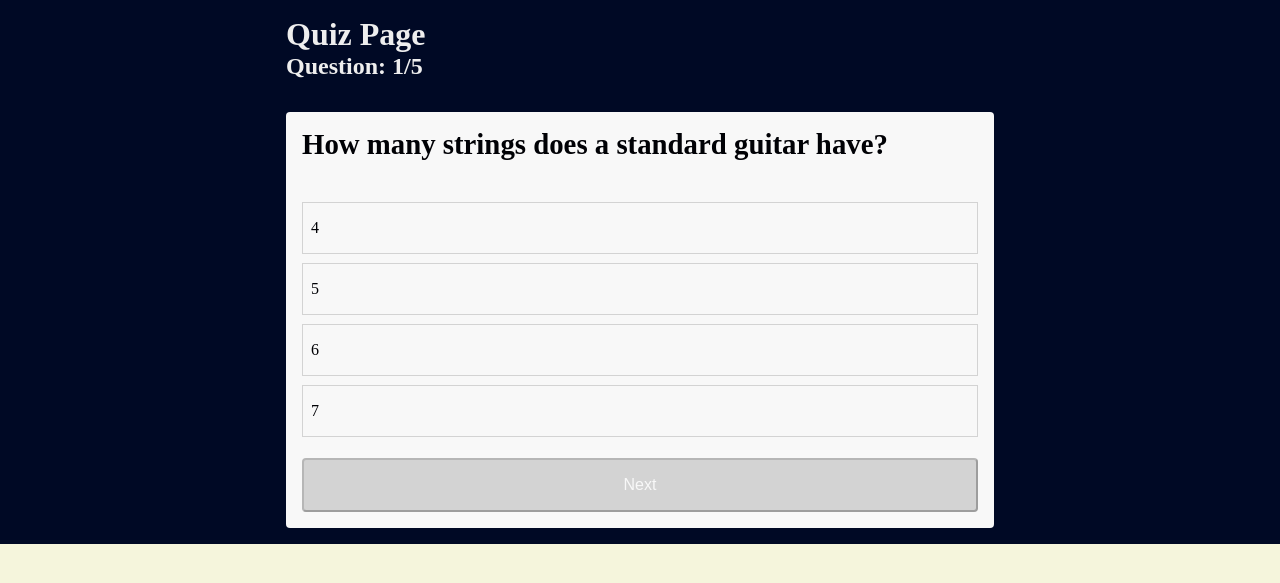
Repository: 1medi/pocketprof
Page: /quiz/page
An editor plug-in stored every save of this project. The page is shown before and after the next save, followed by the edit.
The browser window is 1280 px wide. The pictures show the whole page.
The project was rebuilt for these pictures with package versions that can differ from the ones it lists, and the page was loaded fresh each time. The framework's server and built-in components were replaced by stand-ins that run in the browser. Also part of the build but not shown: next.config.mjs.

Above is the page before, as saved 2024-04-06 19:55:29.

### pages/quiz/page.jsx
'use client';
import React, { useState } from 'react';
import { quiz } from "../data"

export default function page() {
  const [activeQuestion, setActiveQuestion] = useState(0);
  const [selectedAnswer, setSelectedAnswer] = useState('');
  const [checked, setChecked] = useState(false);
  const [selectedAnswerIndex, setSelectedAnswerIndex] = useState(null);
  const [showResult, setShowResult] = useState(false);
  const [result, setResult] = useState({
    score: 0,
    correctAnswers: 0,
    wrongAnswers: 0,
  });

  const { questions } = quiz;
  const { question, answers, correctAnswer } = questions[activeQuestion];

  //   Select and check answer
  const onAnswerSelected = (answer, idx) => {
    setChecked(true);
    setSelectedAnswerIndex(idx);
    if (answer === correctAnswer) {
      setSelectedAnswer(true);
      console.log('true');
    } else {
      setSelectedAnswer(false);
      console.log('false');
    }
  };

  // Calculate score and increment to next question
  const nextQuestion = () => {
    setSelectedAnswerIndex(null);
    setResult((prev) =>
      selectedAnswer
        ? {
            ...prev,
            score: prev.score + 5,
            correctAnswers: prev.correctAnswers + 1,
          }
        : {
            ...prev,
            wrongAnswers: prev.wrongAnswers + 1,
          }
    );
    if (activeQuestion !== questions.length - 1) {
      setActiveQuestion((prev) => prev + 1);
    } else {
      setActiveQuestion(0);
      setShowResult(true);
    }
    setChecked(false);
  };

  return (
    <div className='container'>
      <h1>Quiz Page</h1>
      <div>
        <h2>
          Question: {activeQuestion + 1}
          <span>/{questions.length}</span>
        </h2>
      </div>
      <div>
        {!showResult ? (
          <div className='quiz-container'>
            <h3>{questions[activeQuestion].question}</h3>
            {answers.map((answer, idx) => (
              <li
                key={idx}
                onClick={() => onAnswerSelected(answer, idx)}
                className={
                  selectedAnswerIndex === idx ? 'li-selected' : 'li-hover'
                }
              >
                <span>{answer}</span>
              </li>
            ))}
            {checked ? (
              <button onClick={nextQuestion} className='btn'>
                {activeQuestion === question.length - 1 ? 'Finish' : 'Next'}
              </button>
            ) : (
              <button onClick={nextQuestion} disabled className='btn-disabled'>
                {' '}
                {activeQuestion === question.length - 1 ? 'Finish' : 'Next'}
              </button>
            )}
          </div>
        ) : (
          <div className='quiz-container'>
            <h3>Results</h3>
            <h3>Overall {(result.score / 25) * 100}%</h3>
            <p>
              Total Questions: <span>{questions.length}</span>
            </p>
            <p>
              Total Score: <span>{result.score}</span>
            </p>
            <p>
              Correct Answers: <span>{result.correctAnswers}</span>
            </p>
            <p>
              Wrong Answers: <span>{result.wrongAnswers}</span>
            </p>
            <button onClick={() => window.location.reload()}>Restart</button>
          </div>
        )}
      </div>
    </div>
  );
};

### styles/globals.css
:root {
background-color: beige;
align-content: center;
}


* {
    box-sizing: border-box;
    padding: 0;
    margin: 0;
  }

  * {
    box-sizing: border-box;
    padding: 0;
    margin: 0;
  }

  html, body {
    overflow-x: hidden;
    background-color: #000925;
  }

  main {
    padding: 1rem;
  }

  h1, h2 {
    color: #eee;
  }

  h3 {
    padding-bottom: 2rem;
    color: #000105;
    font-size: 1.8rem;
  }

  button {
    padding: 16px 8px;
    width: 100%;
    margin-top: 12px;
    font-size: 1rem;
    border-radius: 4px;
    cursor: pointer;
    background-color: #808080;
    color: #f8f8f8;
  }

  .btn-disabled {
    background-color: lightgray;
  }

  li {
    list-style-type: none;
    cursor: pointer;
    margin: 9px 0;
    padding: 16px 8px;
    color: #000105;
    border: 1px solid lightgray;
  }

  .li-hover:hover {
    background-color: #d8d8d8;
    columns: #fff;
  }

  .li-selected {
    color: #fff;
    background-color: #000925;
  }

  .container {
    max-width: 740px;
    width: 100%;
    margin: auto;
    padding: 1rem;
  }

  .quiz-container {
    background-color: #f8f8f8;
    padding: 1rem;
    margin-top: 2rem;
    border-radius: 4px;
  }

  .container p {
    padding: 8px 0;
  }

### pages/data.js
export const quiz = {
    totalQuestions: 5,
    questions: [
      {
        id: 1,
        question: 'How many strings does a standard guitar have?',
        answers: ['4', '5', '6', '7'],
        correctAnswer: '6',
      },
      {
        id: 2,
        question: 'Which part of the guitar do you strum or pluck the strings with?',
        answers: ['Headstock', 'Fretboard', 'Body', 'Bridge'],
        correctAnswer: 'Body',
      },
      {
        id: 3,
        question: 'What is a pick used for in playing the guitar?',
        answers: ['Holding the strings down', 'Strumming or plucking the strings', 'Keeping the guitar in tune', 'San Marino'],
        correctAnswer: 'Strumming or plucking the strings',
      },
      {
        id: 4,
        question: 'What is the name of the thickest string on the guitar?',
        answers: ['A string', 'E string', 'D string', 'G string'],
        correctAnswer: 'E string',
      },
      {
        id: 5,
        question: 'Where do you place your fingers to play different notes on the guitar?',
        answers: ['On the body', 'On the headstock', 'On the strings over the fretboard', 'On the tuning pegs'],
        correctAnswer: 'On the strings over the fretboard',
      },
    ],
  };

Loaded but not shown: pages/_app.js (common file); pages/_document.js (common file)

After the next save:
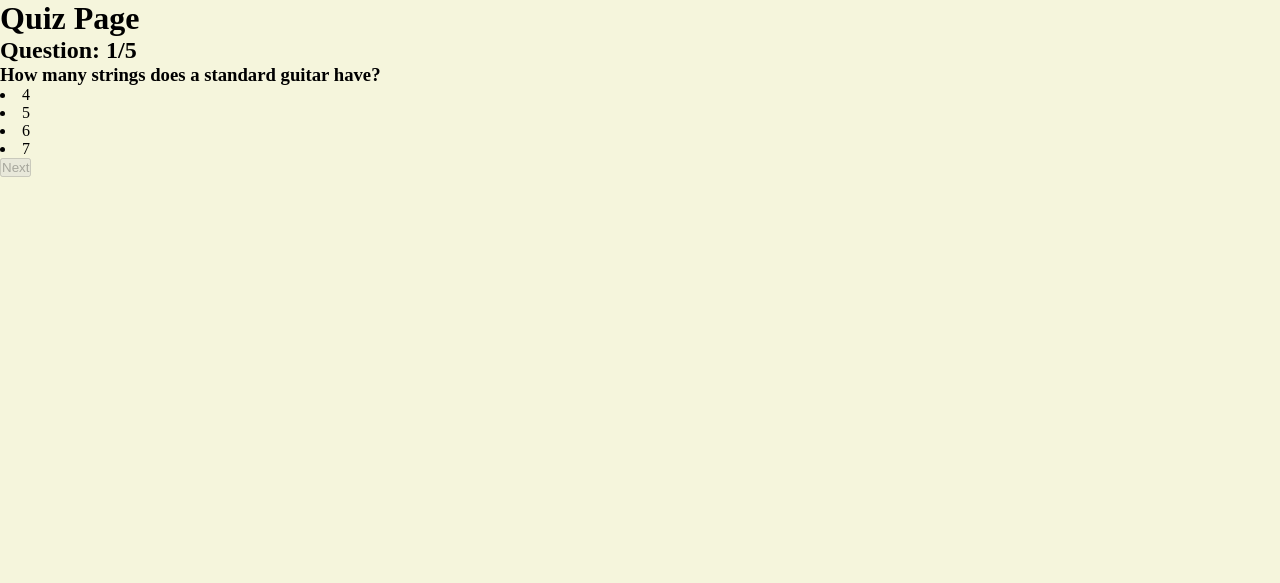
Saved 2 min 5 s later.
--- a/styles/globals.css
+++ b/styles/globals.css
@@ -5,84 +5,6 @@ align-content: center;
 
 
 * {
-    box-sizing: border-box;
     padding: 0;
     margin: 0;
   }
-
-  * {
-    box-sizing: border-box;
-    padding: 0;
-    margin: 0;
-  }
-
-  html, body {
-    overflow-x: hidden;
-    background-color: #000925;
-  }
-
-  main {
-    padding: 1rem;
-  }
-
-  h1, h2 {
-    color: #eee;
-  }
-
-  h3 {
-    padding-bottom: 2rem;
-    color: #000105;
-    font-size: 1.8rem;
-  }
-
-  button {
-    padding: 16px 8px;
-    width: 100%;
-    margin-top: 12px;
-    font-size: 1rem;
-    border-radius: 4px;
-    cursor: pointer;
-    background-color: #808080;
-    color: #f8f8f8;
-  }
-
-  .btn-disabled {
-    background-color: lightgray;
-  }
-
-  li {
-    list-style-type: none;
-    cursor: pointer;
-    margin: 9px 0;
-    padding: 16px 8px;
-    color: #000105;
-    border: 1px solid lightgray;
-  }
-
-  .li-hover:hover {
-    background-color: #d8d8d8;
-    columns: #fff;
-  }
-
-  .li-selected {
-    color: #fff;
-    background-color: #000925;
-  }
-
-  .container {
-    max-width: 740px;
-    width: 100%;
-    margin: auto;
-    padding: 1rem;
-  }
-
-  .quiz-container {
-    background-color: #f8f8f8;
-    padding: 1rem;
-    margin-top: 2rem;
-    border-radius: 4px;
-  }
-
-  .container p {
-    padding: 8px 0;
-  }
